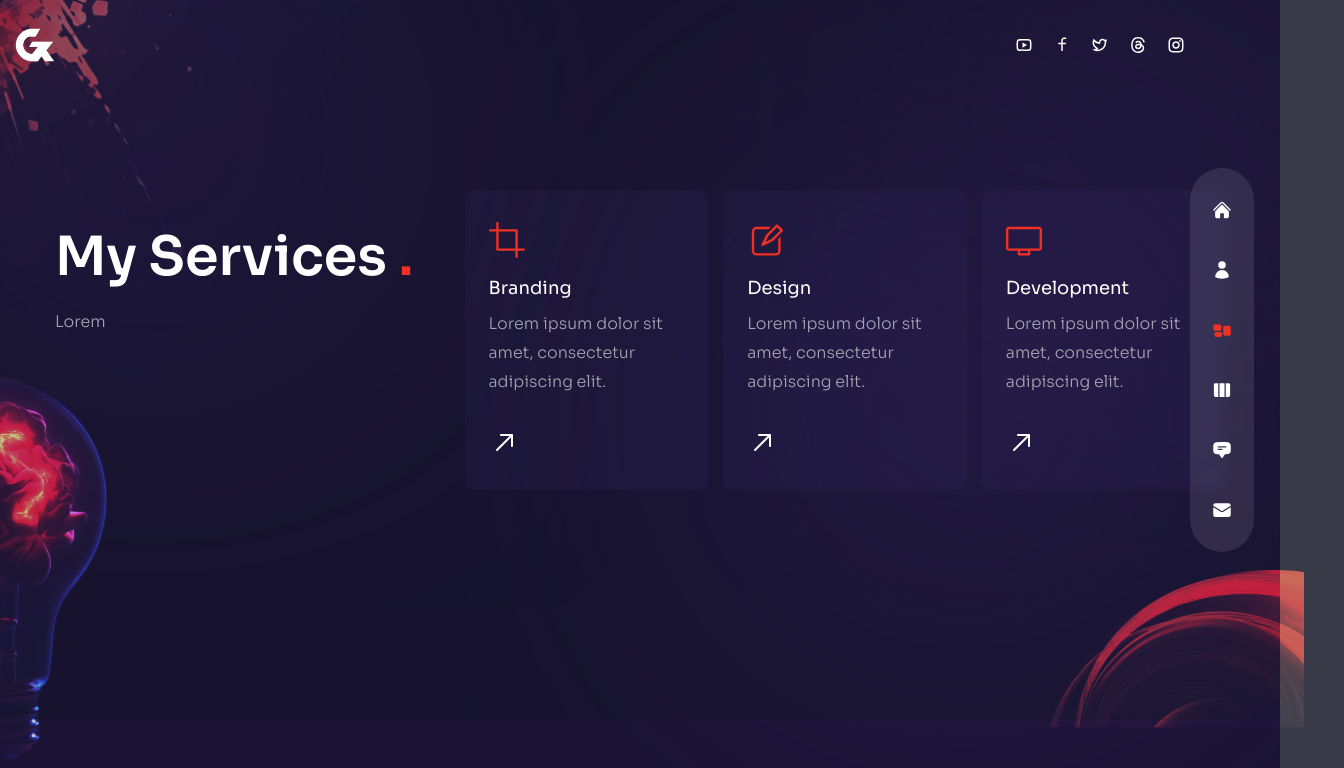
Repository: zecht12/Portofolio-without-db
Page: /services
These files come from the project's save history. The page is drawn as it stood at one moment and after a run of saves; the edit follows.
The browser window is 1280 px wide. The page is 1344 px wide, so the pictures cover 1344 px, including what lies to the right of the window. The pictures show the whole page.
The project was rebuilt for these pictures with package versions that can differ from the ones it lists, and the page was loaded fresh each time. The framework's server and built-in components were replaced by stand-ins that run in the browser. Also part of the build but not shown: next.config.js.

Above is the page before, as saved 2023-10-08 15:38:00.

After the next 3 saves:
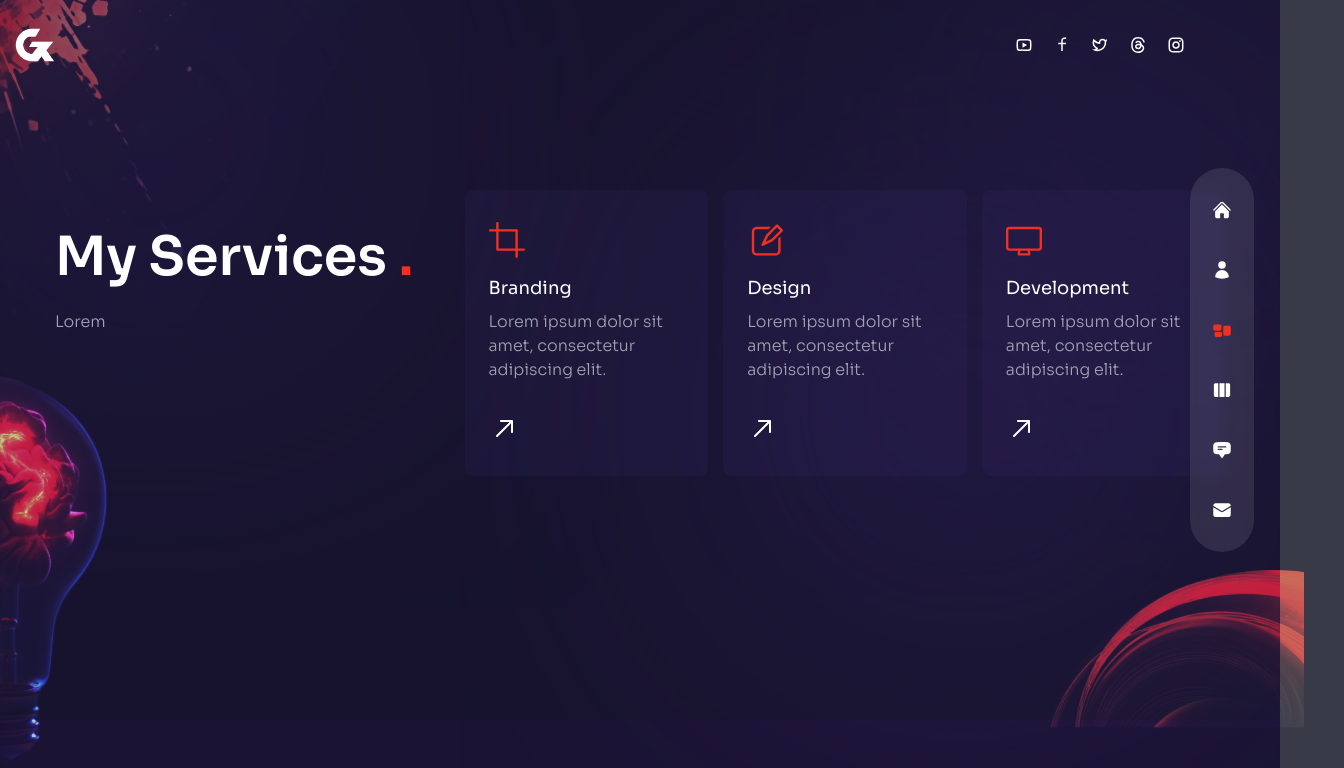
The 3 saves are shown as one change because they came seconds apart.
The last was saved 16 s later.
--- a/components/ServiceSlider.js
+++ b/components/ServiceSlider.js
@@ -72,7 +72,7 @@ const ServiceSlider = () => {
                 <div className='mb-2 text-lg'>
                   {item.title}
                 </div>
-                <p className='max-w-[] '>
+                <p className='max-w-[350px] leading-normal '>
                   {item.description}
                 </p>
               </div>
